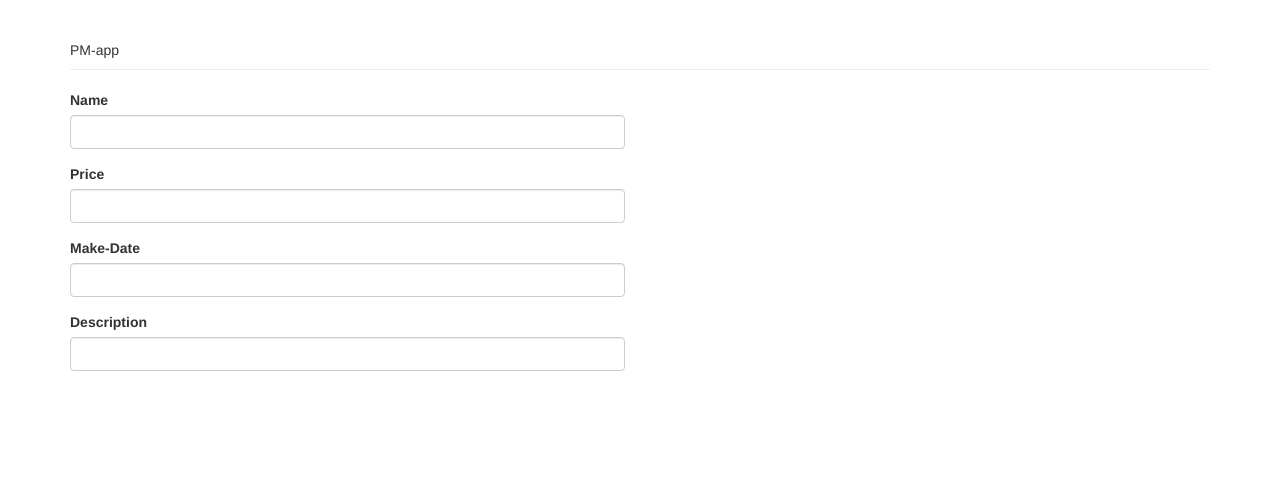
Repository: nagabhushanamn/itc-batch
Page: http://localhost/PM-v2/pm.jsp
An editor plug-in stored every save of this project. The page is shown before and after the next save, followed by the edit.
The browser window is 1280 px wide. The pictures show the whole page.
The page is served by Tomcat 9.

Above is the page before, as saved 2017-03-12 05:48:37.

After the next save:
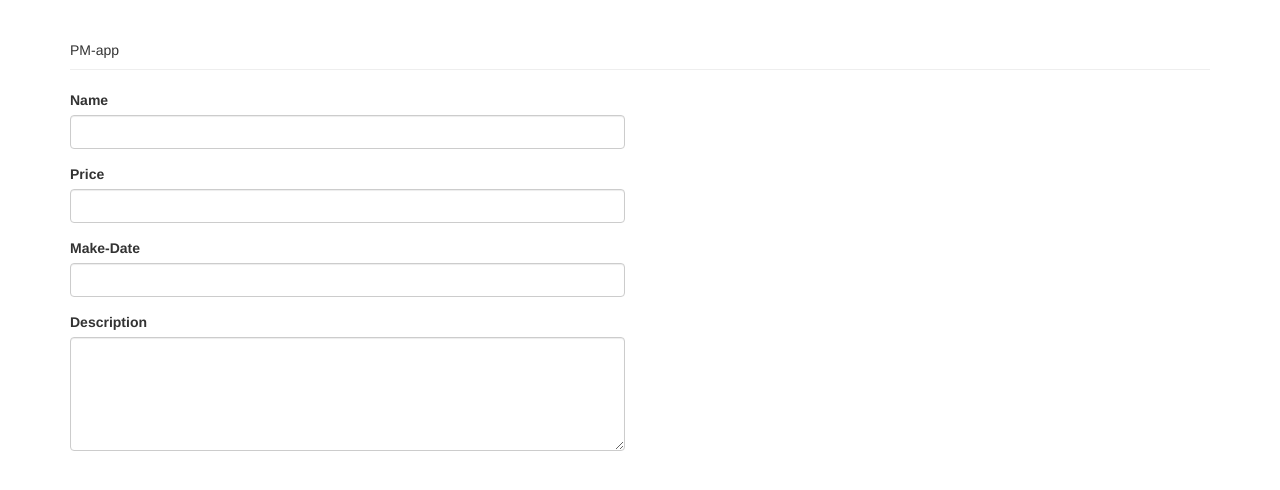
Saved 21 s later.
--- a/new/PM-v2/WebContent/pm.jsp
+++ b/new/PM-v2/WebContent/pm.jsp
@@ -28,7 +28,7 @@
 				</div>
 				<div class="form-group">
 					<label>Description</label>
-					<input name="name" class="form-control">
+					<textarea rows="5" cols="35" name="description" class="form-control"></textarea>
 				</div>
 			</form>
 
